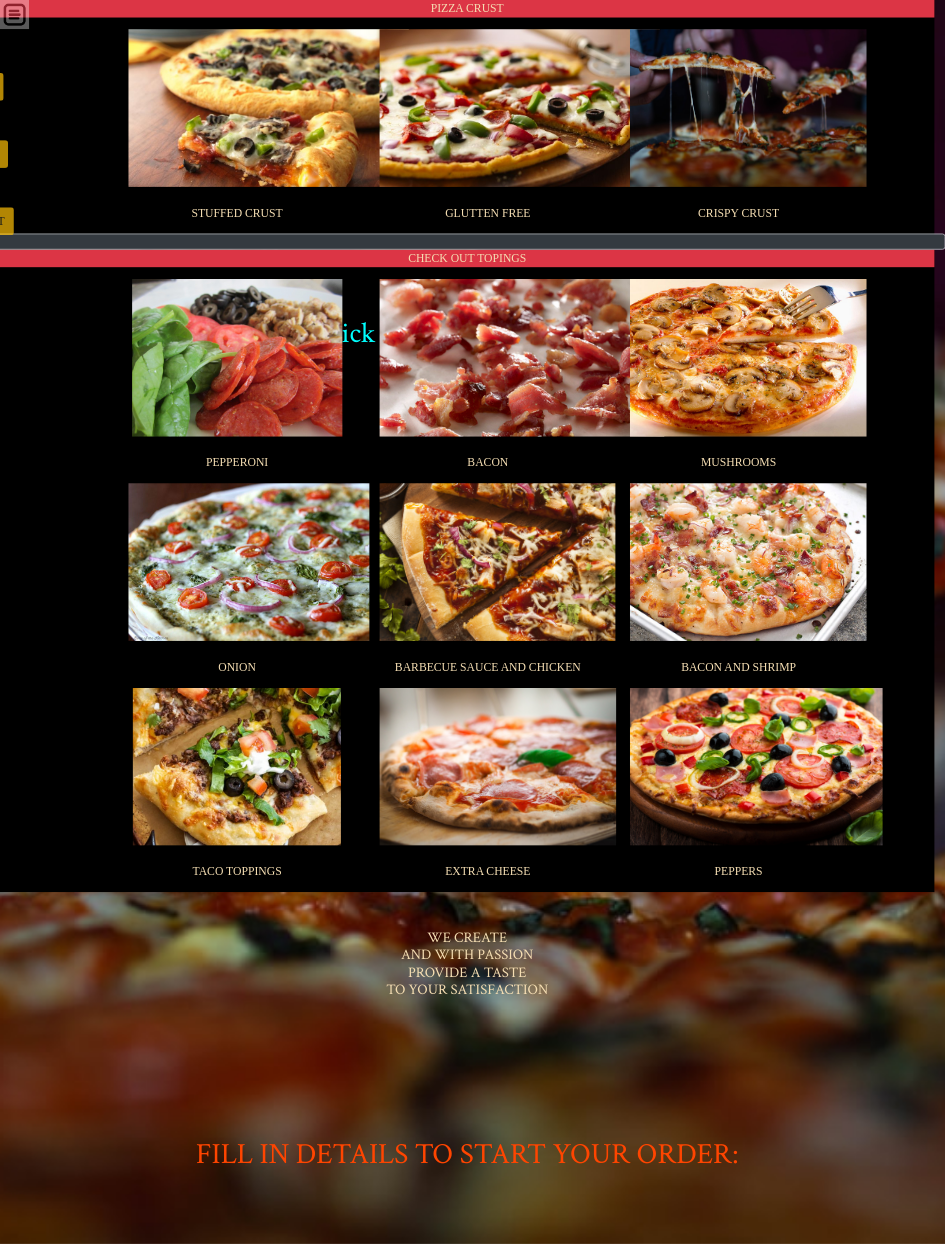
Repository: alexmwaura/MOREO--PIZZA-IP4
Page: mine.html
These files come from the project's save history. The page is drawn as it stood at one moment and after the next save; the edit follows.
The browser window is 1280 px wide. The page is 1295 px wide, so the pictures cover 1295 px, including what lies to the right of the window. The pictures show the whole page, at 73% of full size.
Some web fonts or font styles are not loaded; a fallback is used.

Above is the page before, as saved 2019-09-01 14:27:53.

### mine.html
<!DOCTYPE html>
<html lang="en">

<head>
    <meta charset="UTF-8">
    <meta name="viewport" content="width=device-width, initial-scale=1.0">
    <meta http-equiv="X-UA-Compatible" content="ie=edge">

    <title> MOREO RESTAURANT</title>

    <link href="https://fonts.googleapis.com/css?family=Kaushan+Script&display=swap" rel="stylesheet">
    <link href="https://fonts.googleapis.com/css?family=Pacifico|Rancho&display=swap" rel="stylesheet">
    <link href="https://fonts.googleapis.com/css?family=Crimson+Text&display=swap" rel="stylesheet">

    <link rel="stylesheet" href="./CSS/bootstrap.css">
    <link rel="stylesheet" href="./CSS/styles.css">
    <script src="./SCRIPTS/jquery-3.4.1.js"></script>
    <script src="./SCRIPTS/scripts.js"></script>
</head>

<body>
    <nav>
        <a href="#" class="nav-toggle-btn bg-success"></a>
        <ul>
            <li><a href="./index.html" class="btn bg-warning" style="margin-left: -14%">HOME</a></li><br><br>
            <li><a href="#pizza" class="btn bg-warning" style="margin-left: -15%">ORDER</a></li><br><br>
            <li><a href="#nav" class="btn bg-warning" style="margin-left: -35%">CONTACT</a></li>
        </ul>
    </nav>

    <div class="content">


        <div class="address">
            <div class="">

                <div class="bg-danger" id="pizza-crust">
                    <p>PIZZA CRUST</p>

                </div>

                <div class="row">

                    &nbsp;&nbsp;&nbsp;&nbsp;&nbsp;&nbsp;&nbsp;&nbsp;&nbsp;&nbsp;&nbsp;&nbsp;&nbsp;&nbsp;&nbsp;&nbsp;&nbsp;&nbsp;&nbsp;&nbsp;&nbsp;&nbsp;&nbsp;&nbsp;&nbsp;&nbsp;&nbsp;&nbsp;&nbsp;&nbsp;&nbsp;&nbsp;&nbsp;&nbsp;&nbsp;&nbsp;&nbsp;&nbsp;&nbsp;&nbsp;&nbsp;&nbsp;&nbsp;&nbsp;

                    <div class="col-lg-3 col-md-3 col-sm-3">
                        <div id="work1">
                            <img src="./IMAGES/staffedcrust.jpg" alt="" class="img-fluid-1"><br><br>

                            <div class="overlay">
                                <div class="line">
                                    <p class="trial1">STUFFED CRUST</p>
                                    <p class="p1">
                                        <h5 class="p1"><strong> PRICE: <br>
                                            <em>SMALL; KSH 100</em><br>
                                            <em>MEDIUM; KSH 150</em><br>
                                            <em>LARGE; KSH 200</em>
                                        </strong></h5>
                                    </p>

                                </div>

                            </div>

                        </div>



                    </div>
                    &nbsp;&nbsp;&nbsp;&nbsp;

                    <div class="col-lg-3 col-md-3 col-sm-3">
                        <div id="work2">
                            <img src="./IMAGES/gluttenfree.jpg" alt="" class="img-fluid-2"><br><br>

                            <div class="overlay">
                                <div class="line">
                                    <p class="trial2">GLUTTEN FREE </p>


                                </div>

                            </div>

                        </div>

                    </div>

                    &nbsp;&nbsp;&nbsp;&nbsp;


                    <div class="col-lg-3 col-md-3 col-sm-3">
                        <div id="work3">
                            <img src="./IMAGES/1.jpeg" alt="" class="img-fluid-3 "><br><br>

                            <div class="overlay">
                                <div class="line">
                                    <p class="trial3">CRISPY CRUST</p>

                                </div>

                            </div>

                        </div>

                    </div>

                    <div class="form-control custom-range bg-dark">
                        <h1 style="color: aqua" style="font-size: 10vh"> click image to show price</h1>
                    </div>


                </div>

            </div>

        </div>



        <div class="dance">

            <div class="">

                <div class="bg-danger" id="pizza-toppings">
                    <p>CHECK OUT TOPINGS</p>

                </div>

                <div class="row">

                    &nbsp;&nbsp;&nbsp;&nbsp;&nbsp;&nbsp;&nbsp;&nbsp;&nbsp;&nbsp;&nbsp;&nbsp;&nbsp;&nbsp;&nbsp;&nbsp;&nbsp;&nbsp;&nbsp;&nbsp;&nbsp;&nbsp;&nbsp;&nbsp;&nbsp;&nbsp;&nbsp;&nbsp;&nbsp;&nbsp;&nbsp;&nbsp;&nbsp;&nbsp;&nbsp;&nbsp;&nbsp;&nbsp;&nbsp;&nbsp;&nbsp;&nbsp;&nbsp;&nbsp;

                    <div class="col-lg-3 col-md-3 col-sm-3">
                        <div id="work4">
                            <img src="./IMAGES/pepporoni.jpg" alt="" class="img-fluid-4"><br><br>

                            <div class="overlay">
                                <div class="line">
                                    <p class="trial4">PEPPERONI</p>

                                </div>

                            </div>

                        </div>

                    </div>




                    &nbsp;&nbsp;&nbsp;&nbsp;


                    <div class="col-lg-3 col-md-3 col-sm-3">
                        <div id="work5">
                            <img src="./IMAGES/bacon.jpg" alt="" class="img-fluid-5"><br><br>

                            <div class="overlay">
                                <div class="line">
                                    <p class="trial5">BACON </p>

                                </div>

                            </div>

                        </div>

                    </div>

                    &nbsp;&nbsp;&nbsp;&nbsp;


                    <div class="col-lg-3 col-md-3 col-sm-3">
                        <div id="work6">
                            <img src="./IMAGES/mushroom2.jpg" alt="" class="img-fluid-6"><br><br>

                            <div class="overlay">
                                <div class="line">
                                    <p class="trial6">MUSHROOMS</p>

                                </div>

                            </div>

                        </div>

                    </div>



                </div>

                <div class="row">

                    &nbsp;&nbsp;&nbsp;&nbsp;&nbsp;&nbsp;&nbsp;&nbsp;&nbsp;&nbsp;&nbsp;&nbsp;&nbsp;&nbsp;&nbsp;&nbsp;&nbsp;&nbsp;&nbsp;&nbsp;&nbsp;&nbsp;&nbsp;&nbsp;&nbsp;&nbsp;&nbsp;&nbsp;&nbsp;&nbsp;&nbsp;&nbsp;&nbsp;&nbsp;&nbsp;&nbsp;&nbsp;&nbsp;&nbsp;&nbsp;&nbsp;&nbsp;&nbsp;&nbsp;

                    <div class="col-lg-3 col-md-3 col-sm-3">
                        <div id="work7">
                            <img src="./IMAGES/onions.jpg" alt="" class="img-fluid-7"><br><br>

                            <div class="overlay">
                                <div class="line">
                                    <p class="trial4">ONION</p>

                                </div>

                            </div>

                        </div>

                    </div>




                    &nbsp;&nbsp;&nbsp;&nbsp;


                    <div class="col-lg-3 col-md-3 col-sm-3">
                        <div id="work8">
                            <img src="./IMAGES/barbecue.jpg" alt="" class="img-fluid-8"><br><br>

                            <div class="overlay">
                                <div class="line">
                                    <p class="trial5">BARBECUE SAUCE AND CHICKEN </p>

                                </div>

                            </div>

                        </div>

                    </div>

                    &nbsp;&nbsp;&nbsp;&nbsp;


                    <div class="col-lg-3 col-md-3 col-sm-3">
                        <div id="work9">
                            <img src="./IMAGES/shrimp.jpg" alt="" class="img-fluid-9"><br><br>

                            <div class="overlay">
                                <div class="line">
                                    <p class="trial6">BACON AND SHRIMP</p>

                                </div>

                            </div>

                        </div>

                    </div>



                </div>


                <div class="row">

                    &nbsp;&nbsp;&nbsp;&nbsp;&nbsp;&nbsp;&nbsp;&nbsp;&nbsp;&nbsp;&nbsp;&nbsp;&nbsp;&nbsp;&nbsp;&nbsp;&nbsp;&nbsp;&nbsp;&nbsp;&nbsp;&nbsp;&nbsp;&nbsp;&nbsp;&nbsp;&nbsp;&nbsp;&nbsp;&nbsp;&nbsp;&nbsp;&nbsp;&nbsp;&nbsp;&nbsp;&nbsp;&nbsp;&nbsp;&nbsp;&nbsp;&nbsp;&nbsp;&nbsp;

                    <div class="col-lg-3 col-md-3 col-sm-3">
                        <div id="work10">
                            <img src="./IMAGES/taco.jpg" alt="" class="img-fluid-10"><br><br>

                            <div class="overlay">
                                <div class="line">
                                    <p class="trial4">TACO TOPPINGS</p>

                                </div>

                            </div>

                        </div>

                    </div>




                    &nbsp;&nbsp;&nbsp;&nbsp;


                    <div class="col-lg-3 col-md-3 col-sm-3">
                        <div id="work11">
                            <img src="./IMAGES/cheese 2.jpg" alt="" class="img-fluid-11"><br><br>

                            <div class="overlay">
                                <div class="line">
                                    <p class="trial5">EXTRA CHEESE </p>

                                </div>

                            </div>

                        </div>

                    </div>

                    &nbsp;&nbsp;&nbsp;&nbsp;


                    <div class="col-lg-3 col-md-3 col-sm-3">
                        <div id="work12">
                            <img src="./IMAGES/pepper.jpg" alt="" class="img-fluid-12"><br><br>

                            <div class="overlay">
                                <div class="line">
                                    <p class="trial6">PEPPERS</p>

                                </div>

                            </div>

                        </div>

                    </div>



                </div>


            </div>





        </div>

        <div id="trial">


            <div id="pizza">
                <h2 class="pizza">WE CREATE <br>AND WITH PASSION <br> PROVIDE A TASTE <br> TO YOUR SATISFACTION</h2>
                <br><br>
                <h1>FILL IN DETAILS TO START YOUR ORDER:</h1>


            </div><br><br>



        </div>








    </div>
















</body>

### CSS/styles.css

body{
    background-image: url("../IMAGES/1.jpeg");
    background-repeat: no-repeat;
    background-size: cover;
    background-position: center;
    color: wheat;
    font-family: 'Pacifico', cursive;
    font-family: 'Rancho', cursive;
    margin: 0;
    padding: 0;

}
nav {
    position: fixed;
    z-index: 500;
    top: 0%;
    bottom: 0;
    width: 100px;
    background-image: url("../IMAGES/tukule.jpg");
    background-repeat: no-repeat;
    background-size: cover;
    background-position: center;
    transform: translate3d(-100px, 0, 0);
    transition: transform 0.4s ease;
    font-size: large;
    opacity: 0.7;
}
.active-nav nav{
    transform: translate3d(0, 0, 0)
}

nav ul {

    margin-top: 100px;
}
.nav-toggle-btn{

    position: absolute;
    left: 100px;
    width: 40px;
    height: 40px;
    background-image: url("../IMAGES/images.png");
    background-repeat: no-repeat;
    background-size: cover;
    background-position: center;
    top: 0;
    opacity: 0.5;
}
.content{
    padding: 0;
    margin: 0%;
    height: fit-content;
    text-align: center;
    text-align-last: fixed;
    transition: transform 0.4s ease;
}
.active-nav .content{
    transform: translate3d(200px, 0, 0);
}
.wcome{
    font-size: 100px;
}
.ret{
    font-size: 80px;
}
.home{

    position: absolute center;
    margin-top: -100px;
    padding: 0%;
}
h1{
    font-size: 40px;
    animation: bounce 3s infinite;
    color: orangered;
    margin-top: 10%;
    font-family: 'Crimson Text', serif;

}
@keyframes bounce {

    0%, 20%, 50%, 80%, 100%{
        transform: translateY(0);
    }
    40% {
        transform: translateY(-55px);
    }
    60% {
        transform: translateY(-45px);
    }

}
.to{
    font-size: 30px;
    animation: bounce 3s infinite;
    color: wheat;
    margin-top: -0.01%;
}
@keyframes bounce {

    0%, 20%, 50%, 80%, 100%{
        transform: translateY(0);
    }
    40% {
        transform: translateY(-55px);
    }
    60% {
        transform: translateY(-45px);
    }

}
.address{
    text-align: center;
    align-content: center;
    position: center;
    background: black;
    background-size: cover;
    background-position: center;

}
.dance{
    text-align: center;
    align-content: center;
    position: center;
    background: black;
    background-size: cover;
    background-position: center;

}
.img-fluid-1{
    height: 30vh;
    justify-content: space-around;

}
.img-fluid-2{
    height: 30vh;

}
.img-fluid-3{
    height: 30vh;

}
.img-fluid-4{
    height: 30vh;

}
.img-fluid-5{
    height: 30vh;

}
.img-fluid-6{
    height: 30vh;

}
.img-fluid-7{
    height: 30vh;

}
.img-fluid-8{
    height: 30vh;

}
.img-fluid-9{
    height: 30vh;

}
.img-fluid-10{
    height: 30vh;

}
.img-fluid-11{
    height: 30vh;

}
.img-fluid-12{
    height: 30vh;

}
.pizza{
    margin-top: 10px;
    font-family: 'Crimson Text', serif;
    font-size: 20PX;
}
#pizza{
    padding-top: 0%;
    margin: 0%;
    justify-content: flex-end;
}
#trial{
    padding-top: 40px;
    font-size: x-large;
}

/* #work1:hover img {
    transform: scale(0.5) ;
    transition: all 50s ease;
} */

#work2:hover img {
    transform: scale(1.2) ;
    transition: all 2s ease;
}
#work3:hover img {
    transform: scale(1.2) ;
    transition: all 2s ease;
}
#work4:hover img {
    transform: scale(1.2) ;
    transition: all 2s ease;
}

#work5:hover img {
    transform: scale(1.2) ;
    transition: all 2s ease;
}
#work6:hover img {
    transform: scale(1.2) ;
    transition: all 2s ease;
}
#work7:hover img {
    transform: scale(1.2) ;
    transition: all 2s ease;
}
#work8:hover img {
    transform: scale(1.2) ;
    transition: all 2s ease;
}
#work9:hover img {
    transform: scale(1.2) ;
    transition: all 2s ease;
}
#work10:hover img {
    transform: scale(1.2) ;
    transition: all 2s ease;
}
#work11:hover img {
    transform: scale(1.2) ;
    transition: all 2s ease;
}
#work12:hover img {
    transform: scale(1.2) ;
    transition: all 2s ease;
}
.p1{
    display: none;
}

### SCRIPTS/scripts.js
$(function () {
    var bodyEl = $('body'),
        navToggleBtn = bodyEl.find('.nav-toggle-btn');

    navToggleBtn.on('click', function () {
        bodyEl.toggleClass('active-nav');

        event.preventDefault();
    });
});
$(document).ready(function () {
    $("#work1").click(function () {
        $(".img-fluid-1").toggle(1000);
        $(".p1").toggle(1000);


    });
    // $("#development").click(function () {
    //     $(".img2").toggle(1000);
    //     $(".p2").toggle(1000);
    // });
    // $("#productmanagement").click(function () {
    //     $(".img3").toggle(1000);
    //     $(".p3").toggle(1000);
    // });

});

Loaded but not shown: CSS/bootstrap.css (library); SCRIPTS/jquery-3.4.1.js (library)

After the next save:
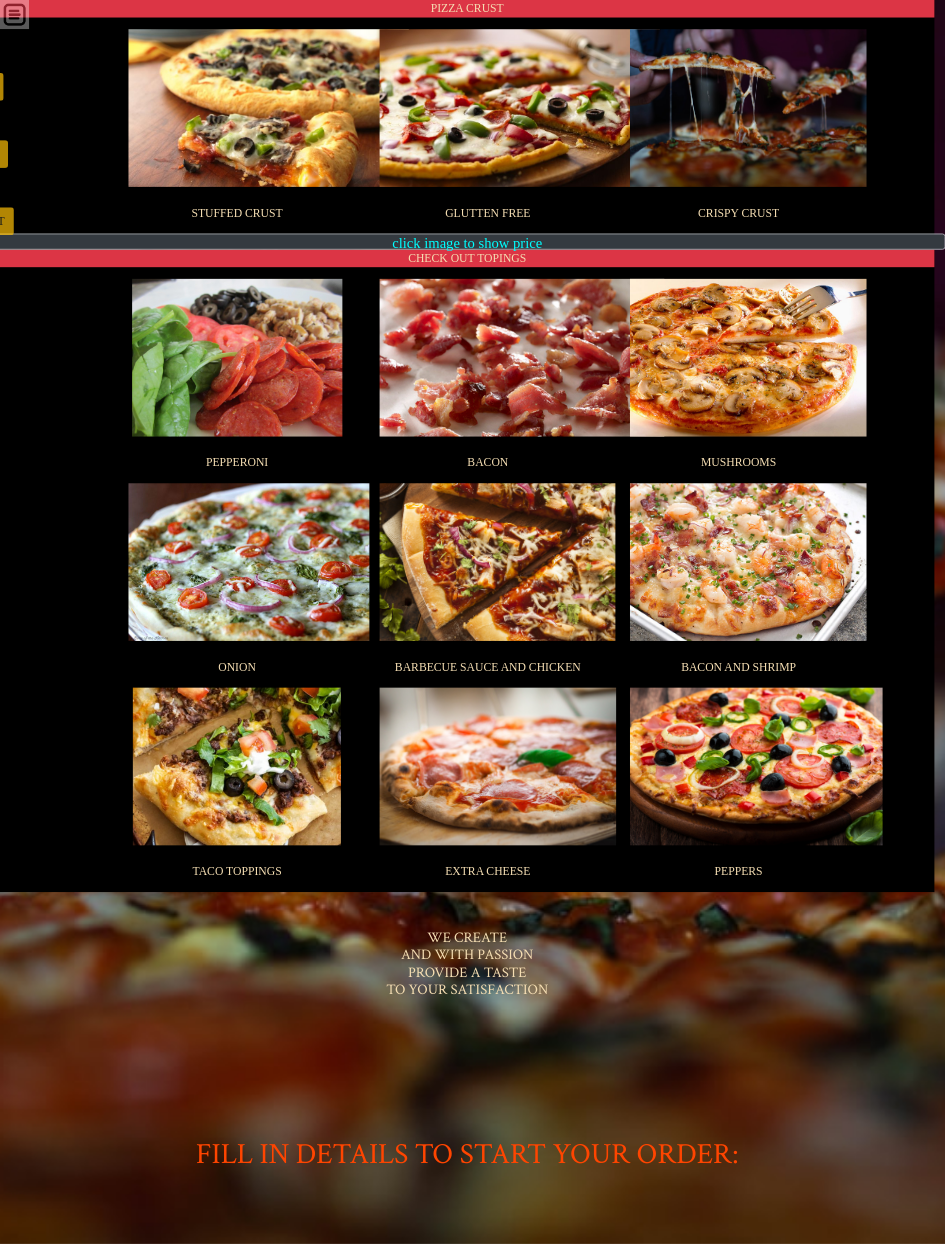
Saved 67 s later.
--- a/mine.html
+++ b/mine.html
@@ -106,7 +106,7 @@
                     </div>
 
                     <div class="form-control custom-range bg-dark">
-                        <h1 style="color: aqua" style="font-size: 10vh"> click image to show price</h1>
+                        <h5 style="color: aqua" style="font-size: 10vh"> click image to show price</h5>
                     </div>
 
 
